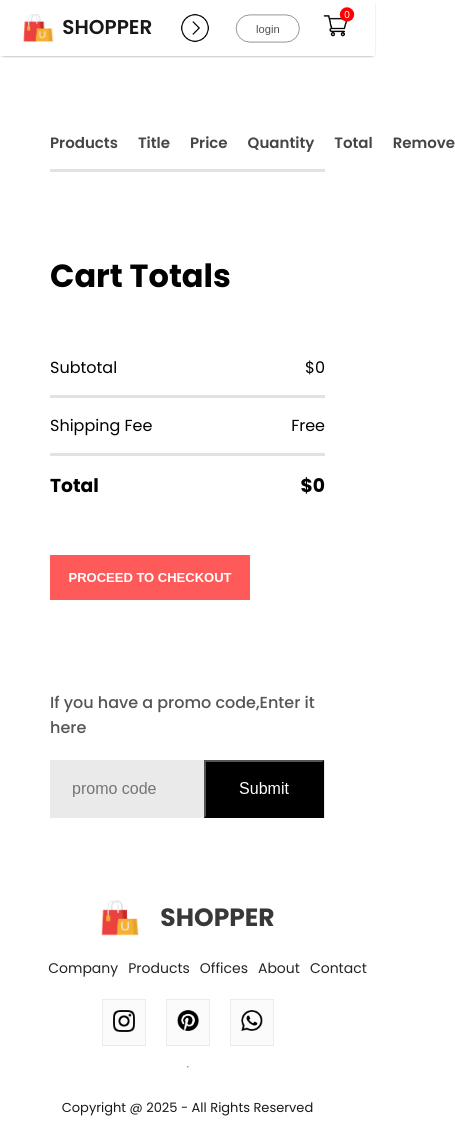
Repository: PayalJakhar/Shoppers-E-commerce-Website
Page: /cart (app in frontend/)
An editor plug-in stored every save of this project. The page is shown before and after a run of saves, followed by the edit.
The browser window is 375 px wide. The page is 455 px wide, then 375 px, so the pictures cover 455 px, including what lies to the right of the window. The pictures show the whole page.
The project was rebuilt for these pictures with package versions that can differ from the ones it lists, and the page was loaded fresh each time. Also part of the build but not shown: frontend/src/App.css, frontend/src/Components/Hero/Hero.css, frontend/src/Components/Hero/Hero.jsx, frontend/src/Components/Popular/Popular.css, frontend/src/Components/Assets/Frontend_Assets/data.js, frontend/src/Components/Item/Item.css, frontend/src/Components/Item/Item.jsx, frontend/src/Components/Popular/Popular.jsx and 21 more.

Above is the page before, as saved 2025-01-17 19:24:41.

### frontend/src/index.js
import React from 'react';
import ReactDOM from 'react-dom/client';
import './index.css';
import App from './App';
import reportWebVitals from './reportWebVitals';
import ShopContextProvider from './Context/ShopContext';

const root = ReactDOM.createRoot(document.getElementById('root'));
root.render(
  <ShopContextProvider>
  <React.StrictMode>
    <App />
  </React.StrictMode>
  </ShopContextProvider>
);

// If you want to start measuring performance in your app, pass a function
// to log results (for example: reportWebVitals(console.log))
// or send to an analytics endpoint. Learn more: https://bit.ly/CRA-vitals
reportWebVitals();

### frontend/src/index.css
*{
  margin:0;
}
body {
  margin: 0;
  font-family: -apple-system, BlinkMacSystemFont, 'Segoe UI', 'Roboto', 'Oxygen',
    'Ubuntu', 'Cantarell', 'Fira Sans', 'Droid Sans', 'Helvetica Neue',
    sans-serif;
  -webkit-font-smoothing: antialiased;
  -moz-osx-font-smoothing: grayscale;
  font-family:'poppins';
}

code {
  font-family: source-code-pro, Menlo, Monaco, Consolas, 'Courier New',
    monospace;
}

### frontend/src/App.js
import './App.css';
import Navbar from './Components/Navbar/Navbar';
import Shop from './Pages/Shop';
import ShopCategory from './Pages/ShopCategory';
import Product from './Pages/Product';
import Cart from './Pages/Cart';
import LoginSignup from './Pages/LoginSignup';
import { BrowserRouter as Router, Routes, Route } from "react-router-dom";
import Footer from './Components/Footer/Footer'
import men_banner from './Components/Assets/Frontend_Assets/banner_mens.png'
import women_banner from './Components/Assets/Frontend_Assets/banner_women.png'
import kid_banner from './Components/Assets/Frontend_Assets/banner_kids.png'
function App() {
  return (
    <div>
      <Router>
        <Navbar />
        <Routes>
          <Route exact path="/" element={<Shop/>} />
          <Route exact path="/mens" element={<ShopCategory banner={men_banner} category="men" />} />
          <Route exact path="/women" element={<ShopCategory banner={women_banner} category="women" />} />
          <Route exact path="/kids" element={<ShopCategory banner={kid_banner} category="kid" />} />
          <Route exact path="/product/:productID" element={<Product />} />
          <Route exact path="/cart" element={<Cart />} />
          <Route exact path="/login" element={<LoginSignup />} />
        </Routes>
        <Footer/>
      </Router>
    </div>
  );
}

export default App;

### frontend/src/Context/ShopContext.jsx
import React, { createContext, useState } from "react";
import all_product from '../Components/Assets/Frontend_Assets/all_product';

export const ShopContext = createContext(null);

const getDefaultCart = () => {
    let cart = {};
    for (let index = 0; index < all_product.length; index++) {
        cart[index] = 0;
    }
    return cart;
}

const ShopContextProvider = (props) => {
    const [cartItems, setCartItems] = useState(getDefaultCart());

    const addToCart = (itemId) => {
        setCartItems((prev) => ({ ...prev, [itemId]: prev[itemId] + 1 }));
        console.log(cartItems);
    }

    const removeFromCart = (itemId) => {
        setCartItems((prev) => ({ ...prev, [itemId]: prev[itemId] - 1 }));
    }

    const getTotalCartAmount = () => {
        let totalAmount = 0;
        for (const item in cartItems) {
            if (cartItems[item] > 0) {
                let itemInfo = all_product.find((product) => product.id === Number(item));
                totalAmount += itemInfo.new_price * cartItems[item];
            }
        }
        return totalAmount;
    }

    const getTotalCartItems = () => {
        let totalItem = 0;
        for (const item in cartItems) {
            if (cartItems[item] > 0) {
                totalItem += cartItems[item];
            }
        }
        return totalItem;
    }

    const contextValue = { getTotalCartItems, getTotalCartAmount, all_product, cartItems, addToCart, removeFromCart };

    return (
        <ShopContext.Provider value={contextValue}>
            {props.children}
        </ShopContext.Provider>
    )
}

export default ShopContextProvider;

### frontend/src/Components/Navbar/Navbar.jsx
import React, { useContext, useState, useRef } from 'react';
import { Link } from 'react-router-dom';
import './Navbar.css';
import logo from '../Assets/Frontend_Assets/logo.png';
import cart_icon from '../Assets/Frontend_Assets/cart_icon.png';
import { ShopContext } from '../../Context/ShopContext';
import nav_dropdown from '../Assets/Frontend_Assets/nav_dropdown.png'

export default function Navbar() {
    const [menu, setMenu] = useState('shop');
    const {getTotalCartItems} = useContext(ShopContext);
    const menuRef = useRef();

    const dropdown_toggle = (e) =>{
        menuRef.current.classList.toggle('nav-menu-visible');
        e.target.classList.toggle('open');
    }


    return (
        <div className="navbar">
            <div className="nav-logo">
                <img src={logo} alt="" />
                <p> SHOPPER</p>
            </div>
            <img  className='nav-dropdown' onClick={dropdown_toggle} src={nav_dropdown} alt=""/>
            <ul ref={menuRef} className="nav-menu">
                <li onClick={() => { setMenu('shop') }}><Link style={{textDecoration:'none'}} to='/'>Shop</Link>{menu === 'shop' ? <hr /> : <></>}</li>
                <li onClick={() => { setMenu('mens') }}><Link style={{textDecoration:'none'}} to='/mens'>Men</Link>{menu === 'mens' ? <hr /> : <></>}</li>
                <li onClick={() => { setMenu('women') }}><Link style={{textDecoration:'none'}} to='/women'>Women</Link>{menu === 'women' ? <hr /> : <></>}</li>
                <li onClick={() => { setMenu('kids') }}><Link style={{textDecoration:'none'}} to='/kids'>Kids</Link>{menu === 'kids' ? <hr /> : <></>}</li>
            </ul>
            <div className="nav-login-cart">
                <Link style={{textDecoration:'none'}} to='/login'><button>login</button></Link>
                <Link style={{textDecoration:'none'}} to='/cart'><img src={cart_icon} alt="" /></Link>
                <div className="nav-cart-count">{getTotalCartItems()}</div>
            </div>
        </div>
    )
}

### frontend/src/Pages/Cart.jsx
import React from 'react'
import CartItems from '../Components/CartItems/CartItems'

export default function Cart() {
  return (
    <div>
      <CartItems/>
    </div>
  )
}

### frontend/src/Components/Footer/Footer.jsx
import React from 'react'
import './Footer.css'
import footer_logo from '../Assets/Frontend_Assets/logo_big.png'
import instagram_icon from '../Assets/Frontend_Assets/instagram_icon.png'
import pintester_icon from '../Assets/Frontend_Assets/pintester_icon.png'
import whatsapp_icon from '../Assets/Frontend_Assets/whatsapp_icon.png'
export default function Footer() {
  return (
    <div className='footer'>
        <div className="footer-logo">
            <img src={footer_logo} alt=""/>
            <p>SHOPPER</p>
        </div>
        <ul className="footer-links">
            <li>Company</li>
            <li>Products</li>
            <li>Offices</li>
            <li>About</li>
            <li>Contact</li>
        </ul>
        <div className="footer-social-icon">
            <div className="footer-icons-container">
                <img src={instagram_icon} alt=""/>
            </div>
            <div className="footer-icons-container">
                <img src={pintester_icon} alt=""/>
            </div>
            <div className="footer-icons-container">
                <img src={whatsapp_icon} alt=""/>
            </div>
        </div>
        <div className="footer-copyright">
            <hr/>
            <p>Copyright @ 2025 - All Rights Reserved</p>
        </div>
    </div>
  )
}

### frontend/src/Components/Assets/Frontend_Assets/all_product.js
import p1_img from "./product_1.png";
import p2_img from "./product_2.png";
import p3_img from "./product_3.png";
import p4_img from "./product_4.png";
import p5_img from "./product_5.png";
import p6_img from "./product_6.png";
import p7_img from "./product_7.png";
import p8_img from "./product_8.png";
import p9_img from "./product_9.png";
import p10_img from "./product_10.png";
import p11_img from "./product_11.png";
import p12_img from "./product_12.png";
import p13_img from "./product_13.png";
import p14_img from "./product_14.png";
import p15_img from "./product_15.png";
import p16_img from "./product_16.png";
import p17_img from "./product_17.png";
import p18_img from "./product_18.png";
import p19_img from "./product_19.png";
import p20_img from "./product_20.png";
import p21_img from "./product_21.png";
import p22_img from "./product_22.png";
import p23_img from "./product_23.png";
import p24_img from "./product_24.png";
import p25_img from "./product_25.png";
import p26_img from "./product_26.png";
import p27_img from "./product_27.png";
import p28_img from "./product_28.png";
import p29_img from "./product_29.png";
import p30_img from "./product_30.png";
import p31_img from "./product_31.png";
import p32_img from "./product_32.png";
import p33_img from "./product_33.png";
import p34_img from "./product_34.png";
import p35_img from "./product_35.png";
import p36_img from "./product_36.png";

let all_product = [
  {
    id: 1,
    name: "Striped Flutter Sleeve Overlap Collar Peplum Hem Blouse",
    category: "women",
    image: p1_img,
    new_price: 50.0,
    old_price: 80.5,
  },
  {
    id: 2,
    name: "Striped Flutter Sleeve Overlap Collar Peplum Hem Blouse",
    category: "women",
    image: p2_img,
    new_price: 85.0,
    old_price: 120.5,
  },
  {
    id: 3,
    name: "Striped Flutter Sleeve Overlap Collar Peplum Hem Blouse",
    category: "women",
    image: p3_img,
    new_price: 60.0,
    old_price: 100.5,
  },
  {
    id: 4,
    name: "Striped Flutter Sleeve Overlap Collar Peplum Hem Blouse",
    category: "women",
    image: p4_img,
    new_price: 100.0,
    old_price: 150.0,
  },
  {
    id: 5,
    name: "Striped Flutter Sleeve Overlap Collar Peplum Hem Blouse",
    category: "women",
    image: p5_img,
    new_price: 85.0,
    old_price: 120.5,
  },
  {
    id: 6,
    name: "Striped Flutter Sleeve Overlap Collar Peplum Hem Blouse",
    category: "women",
    image: p6_img,
    new_price: 85.0,
    old_price: 120.5,
  },
  {
    id: 7,
    name: "Striped Flutter Sleeve Overlap Collar Peplum Hem Blouse",
    category: "women",
    image: p7_img,
    new_price: 85.0,
    old_price: 120.5,
  },
  {
    id: 8,
    name: "Striped Flutter Sleeve Overlap Collar Peplum Hem Blouse",
    category: "women",
    image: p8_img,
    new_price: 85.0,
    old_price: 120.5,
  },
  {
    id: 9,
    name: "Striped Flutter Sleeve Overlap Collar Peplum Hem Blouse",
    category: "women",
    image: p9_img,
    new_price: 85.0,
    old_price: 120.5,
  },
  {
    id: 10,
    name: "Striped Flutter Sleeve Overlap Collar Peplum Hem Blouse",
    category: "women",
    image: p10_img,
    new_price: 85.0,
    old_price: 120.5,
  },
  {
    id: 11,
    name: "Striped Flutter Sleeve Overlap Collar Peplum Hem Blouse",
    category: "women",
    image: p11_img,
    new_price: 85.0,
    old_price: 120.5,
  },
  {
    id: 12,
    name: "Striped Flutter Sleeve Overlap Collar Peplum Hem Blouse",
    category: "women",
    image: p12_img,
    new_price: 85.0,
    old_price: 120.5,
  },
  {
    id: 13,
    name: "Men Green Solid Zippered Full-Zip Slim Fit Bomber Jacket",
    category: "men",
    image: p13_img,
    new_price: 85.0,
    old_price: 120.5,
  },
  {
    id: 14,
    name: "Men Green Solid Zippered Full-Zip Slim Fit Bomber Jacket",
    category: "men",
    image: p14_img,
    new_price: 85.0,
    old_price: 120.5,
  },
  {
    id: 15,
    name: "Men Green Solid Zippered Full-Zip Slim Fit Bomber Jacket",
    category: "men",
    image: p15_img,
    new_price: 85.0,
    old_price: 120.5,
  },
  {
    id: 16,
    name: "Men Green Solid Zippered Full-Zip Slim Fit Bomber Jacket",
    category: "men",
    image: p16_img,
    new_price: 85.0,
    old_price: 120.5,
  },
  {
    id: 17,
    name: "Men Green Solid Zippered Full-Zip Slim Fit Bomber Jacket",
    category: "men",
    image: p17_img,
    new_price: 85.0,
    old_price: 120.5,
  },
  {
    id: 18,
    name: "Men Green Solid Zippered Full-Zip Slim Fit Bomber Jacket",
    category: "men",
    image: p18_img,
    new_price: 85.0,
    old_price: 120.5,
  },
  {
    id: 19,
    name: "Men Green Solid Zippered Full-Zip Slim Fit Bomber Jacket",
    category: "men",
    image: p19_img,
    new_price: 85.0,
    old_price: 120.5,
  },
  {
    id: 20,
    name: "Men Green Solid Zippered Full-Zip Slim Fit Bomber Jacket",
    category: "men",
    image: p20_img,
    new_price: 85.0,
    old_price: 120.5,
  },
  {
    id: 21,
    name: "Men Green Solid Zippered Full-Zip Slim Fit Bomber Jacket",
    category: "men",
    image: p21_img,
    new_price: 85.0,
    old_price: 120.5,
  },
  {
    id: 22,
    name: "Men Green Solid Zippered Full-Zip Slim Fit Bomber Jacket",
    category: "men",
    image: p22_img,
    new_price: 85.0,
    old_price: 120.5,
  },
  {
    id: 23,
    name: "Men Green Solid Zippered Full-Zip Slim Fit Bomber Jacket",
    category: "men",
    image: p23_img,
    new_price: 85.0,
    old_price: 120.5,
  },
  {
    id: 24,
    name: "Men Green Solid Zippered Full-Zip Slim Fit Bomber Jacket",
    category: "men",
    image: p24_img,
    new_price: 85.0,
    old_price: 120.5,
  },
  {
    id: 25,
    name: "Boys Orange Colourblocked Hooded Sweatshirt",
    category: "kid",
    image: p25_img,
    new_price: 85.0,
    old_price: 120.5,
  },
  {
    id: 26,
    name: "Boys Orange Colourblocked Hooded Sweatshirt",
    category: "kid",
    image: p26_img,
    new_price: 85.0,
    old_price: 120.5,
  },
  {
    id: 27,
    name: "Boys Orange Colourblocked Hooded Sweatshirt",
    category: "kid",
    image: p27_img,
    new_price: 85.0,
    old_price: 120.5,
  },
  {
    id: 28,
    name: "Boys Orange Colourblocked Hooded Sweatshirt",
    category: "kid",
    image: p28_img,
    new_price: 85.0,
    old_price: 120.5,
  },
  {
    id: 29,
    name: "Boys Orange Colourblocked Hooded Sweatshirt",
    category: "kid",
    image: p29_img,
    new_price: 85.0,
    old_price: 120.5,
  },
  {
    id: 30,
    name: "Boys Orange Colourblocked Hooded Sweatshirt",
    category: "kid",
    image: p30_img,
    new_price: 85.0,
    old_price: 120.5,
  },
  {
    id: 31,
    name: "Boys Orange Colourblocked Hooded Sweatshirt",
    category: "kid",
    image: p31_img,
    new_price: 85.0,
    old_price: 120.5,
  },
  {
    id: 32,
    name: "Boys Orange Colourblocked Hooded Sweatshirt",
    category: "kid",
    image: p32_img,
    new_price: 85.0,
    old_price: 120.5,
  },
  {
    id: 33,
    name: "Boys Orange Colourblocked Hooded Sweatshirt",
    category: "kid",
    image: p33_img,
    new_price: 85.0,
    old_price: 120.5,
  },
  {
    id: 34,
    name: "Boys Orange Colourblocked Hooded Sweatshirt",
    category: "kid",
    image: p34_img,
    new_price: 85.0,
    old_price: 120.5,
  },
  {
    id: 35,
    name: "Boys Orange Colourblocked Hooded Sweatshirt",
    category: "kid",
    image: p35_img,
    new_price: 85.0,
    old_price: 120.5,
  },
  {
    id: 36,
    name: "Boys Orange Colourblocked Hooded Sweatshirt",
    category: "kid",
    image: p36_img,
    new_price: 85.0,
    old_price: 120.5,
  },
];

export default all_product;

### frontend/src/Components/Navbar/Navbar.css
.navbar{
    display:flex;
    justify-content:space-around;
    padding:16px;
    box-shadow:0 1px 3px -2px black;
    align-items: center;
}

.nav-logo{
    display:flex;
    align-items:center;
    gap:10px;
}

.nav-logo p{
    color: #171717;
    font-size: 38px;
    font-weight:600;
}

.nav-menu{
    display:flex;
    align-items:center;
    list-style:none;
    gap:50px;
    color: #626262;
    font-size:20px;
    font-weight: 500;
}

.nav-menu li{
    display:flex;
    flex-direction:column;
    align-items:center;
    justify-content:center;
    cursor:pointer;
}

.nav-menu hr{
    border:none;
    width:80%;
    height:3px;
    border-radius:10px;
    background: #FF4141;
}

.nav-login-cart{
    display:flex;
    align-items:center;
    gap:45px;
}

.nav-login-cart button{
    width:157px;
    height:58px;
    outline:none;
    border:1px solid #7a7a7a;
    border-radius:75px;
    color:#515151;
    font-size:20px;
    font-weight:500;
    background:white;
    cursor:pointer;
}

.nav-login-cart button:hover{
    background:#f3f3f3;
}

.nav-cart-count{
    width:22px;
    height:22px;
    display:flex;
    justify-content:center;
    align-items:center;
    margin-top:-35px;
    margin-left:-55px;
    border-radius:11px;
    font-size:14px;
    background:red;
    color:white;
}

.nav-dropdown{
    display: none;
}

/* here we are making it responsive for max-width: 1280px */

@media(max-width: 1280px){
    .navbar{
        padding: 12px 50px;
    }

    .nav-logo img{
        width: 40px;
    }
    .nav-logo p{
        font-size: 25px;
    }
    .nav-menu{
        gap: 30px;
        font-size: 16px;
    }
    .nav-login-cart{
        gap: 30px;
    }
    .nav-login-cart button{
        width: 120px;
        height: 45px;
        font-size: 16px;
    }
    .nav-cart-count{
        margin-left: -40px;
        font-size: 12px;
    }
}

@media(max-width: 1024px){
    .navbar{
        padding: 12px 30px;
    }

    .nav-menu{
        gap: 25px;
        font-size: 14px;
    }
    .nav-login-cart button{
        width: 80px;
        height: 35px;
        font-size: 14px;
    }
    .nav-cart-count{
        width: 18px;
        height: 18px;
    }
    .nav-login-cart img{
        width: 30px;
    }
}

@media(max-width: 800px){
    .navbar{
        padding: 10px 0px;
    }

    .nav-dropdown{
        display: block;
        width: 30px;
        rotate: -90deg;
        transition: 0.5s;
    }
    .nav-menu{
        display: none;
        height: 80px;
        width: 100%;
        position: absolute;
        background-color: white;
        justify-content: center;
        top: 50px;
    }
    .nav-menu-visible{
        display: flex;
    }
    .nav-dropdown.open{
        transform: rotate(90deg);
    }
}


@media(max-width: 500px){
    .navbar{
        padding: 8px 0px;
        gap: 0;
    }

    .nav-logo{
       transform: scale(0.8);
    }
    .nav-menu{
        height: 70px;
        top: 50px;
        display: none;
    }
    .nav-login-cart{
        transform: scale(0.8);
    }
    .nav-menu-visible{
        display: flex;
    }
    .nav-dropdown.open{
        transform: rotate(90deg);
    }
}

### frontend/src/Components/CartItems/CartItems.jsx
import React, { useContext } from 'react';
import './CartItems.css';
import { ShopContext } from '../../Context/ShopContext';
import remove_icon from '../Assets/Frontend_Assets/cart_cross_icon.png';

const CartItems = () => {
    const {getTotalCartAmount,all_product,cartItems,removeFromCart}=useContext(ShopContext);
  return (
    <div className='cartitems'>
      <div className="cartitems-format-main">
        <p>Products</p>
        <p>Title</p>
        <p>Price</p>
        <p>Quantity</p>
        <p>Total</p>
        <p>Remove</p>
      </div>
      <hr />
      {all_product.map((e)=>{
            if(cartItems[e.id]>0){
                return  <div>
                            <div className="cartiitems-format cartitems-format-main">
                                <img src={e.image} alt="" className='carticon-product-icon'/>
                                <p>{e.name}</p>
                                <p>${e.new_price}</p>
                                <button className='cartitems-quantity'>{cartItems[e.id]}</button>
                                <p>${e.new_price*cartItems[e.id]}</p>
                                <img
                                className='cartitems-remove-icon' src={remove_icon} onClick={()=>{removeFromCart(e.id)}} alt="" />

                            </div>
                            <hr />
                        </div>
            }
            return null;
      })}
      <div className="cartitems-down">
        <div className="cartitems-total">
            <h1>Cart Totals</h1>
            <div>
                <div className="cartitems-total-item">
                    <p>Subtotal</p>
                    <p>${getTotalCartAmount()}</p>
                </div>
                <hr />
                <div className="cartitems-total-item">
                    <p>Shipping Fee</p>
                    <p>Free</p>
                </div>
                <hr />
                <div className="cartitems-total-item">
                    <h3>Total</h3>
                    <h3>${getTotalCartAmount()}</h3>
                </div>

            </div>
            <button>PROCEED TO CHECKOUT</button>
        </div>
        <div className="cartitems-promocode">
            <p>If you have a promo code,Enter it here</p>
            <div className="cartitems-promobox">
                <input type="text" placeholder='promo code' />
                <button>Submit</button>
            </div>
        </div>
      </div>

    </div>
  )
}

export default CartItems

### frontend/src/Components/Footer/Footer.css
.footer{
    display: flex;
    flex-direction: column;
    justify-content: center;
    align-items: center;
    gap: 50px;
}

.footer-logo{
    display: flex;
    align-items: center;
    gap: 20px;
}

.footer-logo p{
    color: #383838;
    font-size: 46px;
    font-weight: 700;

}

.footer-links{
    display: flex;
    list-style: none;
    gap: 50px;
    color: #252525;
    font-size: 20px;
}

.footer-links li{
    cursor: pointer;
}

.footer-social-icon{
    display: flex;
    gap: 20px;
}

.footer-icons-container{
    padding: 10px;
    padding-bottom:6px;
    background: #fbfbfb;
    border: 1px solid #ebebeb;
}

.footer-copyright{
    display: flex;
    flex-direction: column;
    align-items: center;
    gap: 30px;
    width: 100%;
    margin-bottom: 30px;
    color: #1a1a1a;
    font-size: 20px;
}

.footer-copyright r{
    width: 80%;
    border: none;
    border-radius: 10px;
    height: 3px;
    background: #c7c7c7;
}

@media(max-width: 800px){
    .footer{
        gap: 20px;
    }
    .footer-lgo{
        gap: 10px;
        align-items: end;
    }
    .footer-logo img{
        width: 40px;
    }
    .footer-logo p{
        font-size: 25px;
    }
    .footer-links{
        font-size: 14px;
        gap: 10px;
    }
    .footer-social-icon img{
        width: 22px;
    }
    .footer-copyright{
        font-size: 13px;
    }
}

### frontend/src/Components/CartItems/CartItems.css
.cartitems{
    margin: 100px 70px;
}
.cartitems hr{
    height: 3px;
    background: #e2e2e2;
    border: 0;
}
.cartitems-format-main{
    display: grid;
    grid-template-columns: 0.5fr 2fr 1fr 1fr 1fr 1fr;
    align-items: center;
    gap: 75px;
    padding: 20px 0px;
    color: #454545;
    font-size: 18px;
    font-weight: 600;

}
.cartiitems-format{
    font-size: 17px;
    font-weight: 500;
}
.carticon-product-icon{
    height: 62px;
}
.cartitems-remove-icon{
    width: 15px;
    margin: 0px 40px;
    cursor: pointer;
}
.cartitems-quantity{
    width: 64px;
    height: 50px;
    border: 2px solid #ebebeb;
    background: #fff;
}
.cartitems-down{
    display: flex;
    margin: 100px 0px;
}
.cartitems-total{
    flex: 1;
    display: flex;
    flex-direction: column;
    margin-right: 200px;
    gap: 40px;

}
.cartitems-total-item{
    display: flex;
    justify-content: space-between;
    padding: 15px 0px;
}
.cartitems-total button{
    width: 262px;
    height: 58px;
    outline: none;
    border: none;
    background: #ff5a5a;
    color:white;
    font-size: 16px;
    font-weight: 600;
    cursor: pointer;
}
.cartitems-promocode{
    flex:1;
    display: flex;
    flex-direction: column;
    font-weight: 500;

}
.cartitems-promocode p{
    color:#555;
    margin-top: 10px;
}
.cartitems-promobox{
    width: 504px;
    margin-top: 20px;
    padding-left: 20px;
    height: 58px;
    background: #eaeaea;
}
.cartitems-promobox input{
    border: none;
    outline: none;
    background: transparent;
    font-size: 16px;
    width: 330px;
    height: 50px;
}
.cartitems-promobox button{
    width: 170px;
    height: 58px;
    font-size: 16px;
    background: black;
    color: white;
    cursor: pointer;
}

@media(max-width:1280px){
    .cartitems{
        margin: 60px 50px;
    }

    .cartitems-format-main{
        grid-template-columns: 0.5fr 3fr 0.5fr 0.5fr 0.5fr 0.5fr;
        gap: 20px;
        padding: 15px 0px;
        font-size: 15px;
    }

    .carticon-product-icon{
        height: 50px;
    }

    .cartitems-remove-icon{
        margin: auto;
    }

    .cartitems-quantity{
        width: 40px;
        height: 30px;
    }

    .cartitems-down{

        margin: 80px 0px;

        flex-direction: column;

        gap: 80px;
    }

        .cartitems-total {

        margin: 0px;

        }

        .cartitems-total button{
        max-width: 200px;
        height: 45px;
        font-size: 13px;
        }
        .cartitems-promobox{
        width: auto;
        max-width: 500px;
        }

        .cartitems-promobox input{
            width: 100%;
        }

        .cartitems-promobox button{
            width: 120px;
            margin-left: -125px;
        }

}

Loaded but not shown: frontend/public/index.html (common file); frontend/src/reportWebVitals.js (common file)

After the next 3 saves:
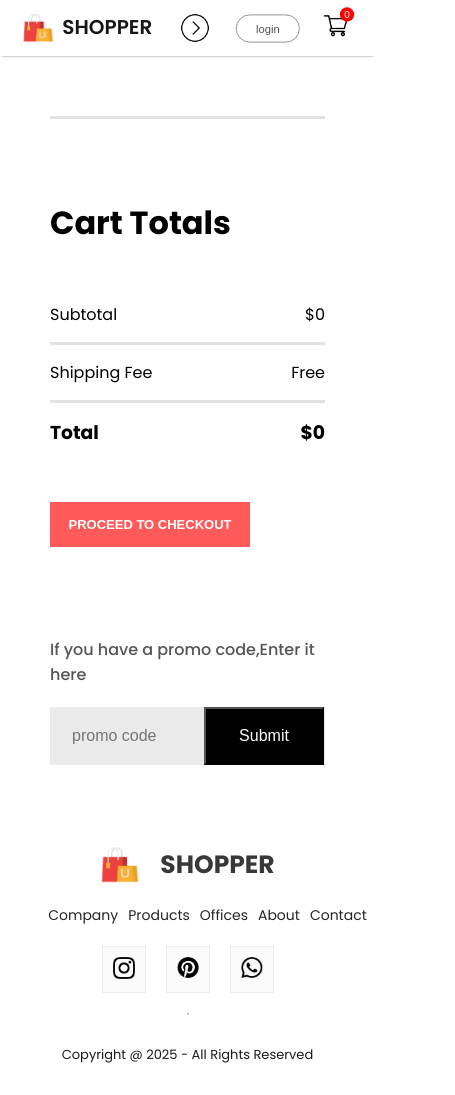
The 3 saves are shown as one change because they came seconds apart.
The last was saved 100 s later.
--- a/frontend/src/Components/CartItems/CartItems.css
+++ b/frontend/src/Components/CartItems/CartItems.css
@@ -158,3 +158,20 @@
         }
 
 }
+
+@media (max-width:500px){
+
+    .cartitems-format-main{
+
+    display: none;
+
+    grid-template-columns: 0.5fr 3fr 0.5fr; I
+
+    gap: 10px;
+
+    .cartitems-format{
+
+    display: grid;
+
+    }
+}
